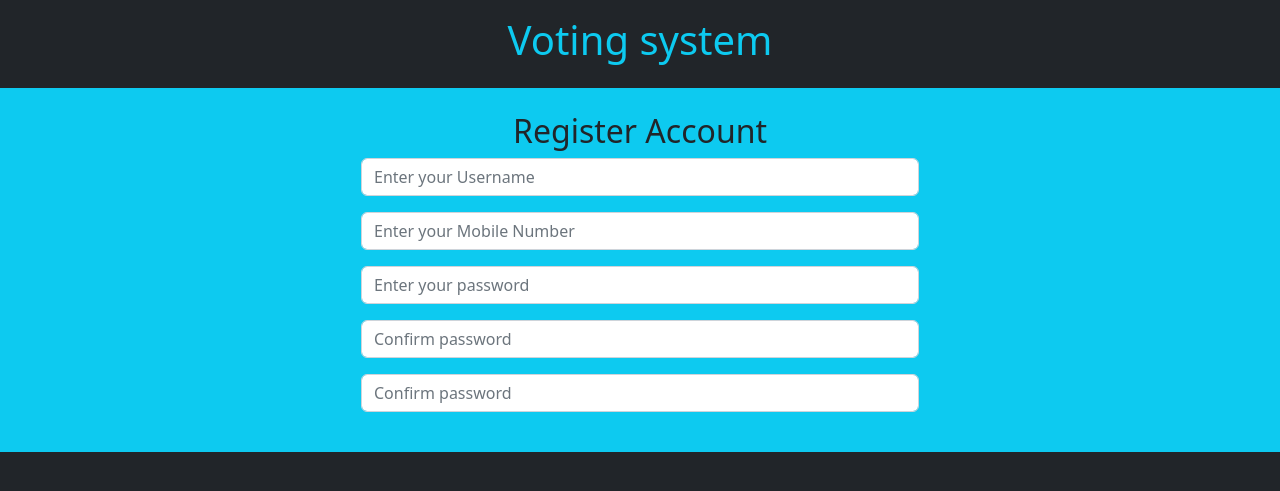
Repository: AvinashLikesToLearnNewStuff/VotingSite
Page: http://localhost/partials/registration.php
These files come from the project's save history. The page is drawn as it stood at one moment and after the next save; the edit follows.
The browser window is 1280 px wide. The pictures show the whole page.
The page is run by PHP 8.4 with error messages shown; the project is at /var/www/html/.

Above is the page before, as saved 2023-03-09 10:31:05.

### partials/registration.php
<!DOCTYPE html>
<html lang="en">
<head>
    <meta charset="UTF-8">
    <meta http-equiv="X-UA-Compatible" content="IE=edge">
    <meta name="viewport" content="width=device-width, initial-scale=1.0">
    <title>Voting System Registration Page</title>
        <!-- bootstrap css link -->
     <link href="https://cdn.jsdelivr.net/npm/bootstrap@5.2.3/dist/css/bootstrap.min.css" rel="stylesheet" integrity="sha384-rbsA2VBKQhggwzxH7pPCaAqO46MgnOM80zW1RWuH61DGLwZJEdK2Kadq2F9CUG65" crossorigin="anonymous">
</head>
<body class="bg-dark">
    <h1 class="text-center text-info p-3">Voting system</h1>
    <div class="bg-info py-4">
        <h2 class="text-center">Register Account</h2>
        <div class="container">
            <form action="">
                <div class="mb-3">
                    <input type="text" name="username" class="form-control w-50 m-auto" placeholder="Enter your Username" required="required">
                </div>

                <div class="mb-3">
                    <input type="text" class="form-control w-50 m-auto" placeholder="Enter your Mobile Number" required="required" name="mobile">
                </div>

                    <div class="mb-3">
                    <input type="text" class="form-control w-50 m-auto" placeholder="Enter your password" required="required" name="password">
                </div>

                <div class="mb-3">
                    <input type="text" class="form-control w-50 m-auto" placeholder="Confirm password" required="required" name="cpassword">
                </div>

                <div class="mb-3">
                    <input type="text" class="form-control w-50 m-auto" placeholder="Confirm password" required="required" name="cpassword">
                </div>

            </form>
        </div>

    </div>


</body>
</html>

After the next save:
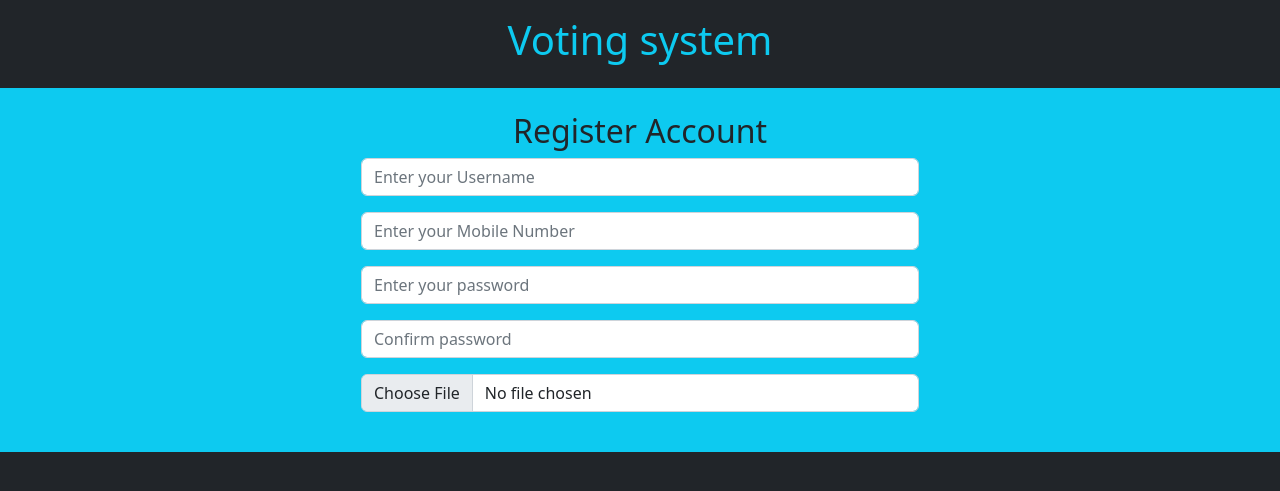
Saved 12 s later.
--- a/partials/registration.php
+++ b/partials/registration.php
@@ -31,7 +31,7 @@
                 </div>
 
                 <div class="mb-3">
-                    <input type="text" class="form-control w-50 m-auto" placeholder="Confirm password" required="required" name="cpassword">
+                    <input type="file" class="form-control w-50 m-auto" placeholder="Confirm password" required="required" name="cpassword">
                 </div>
 
             </form>
